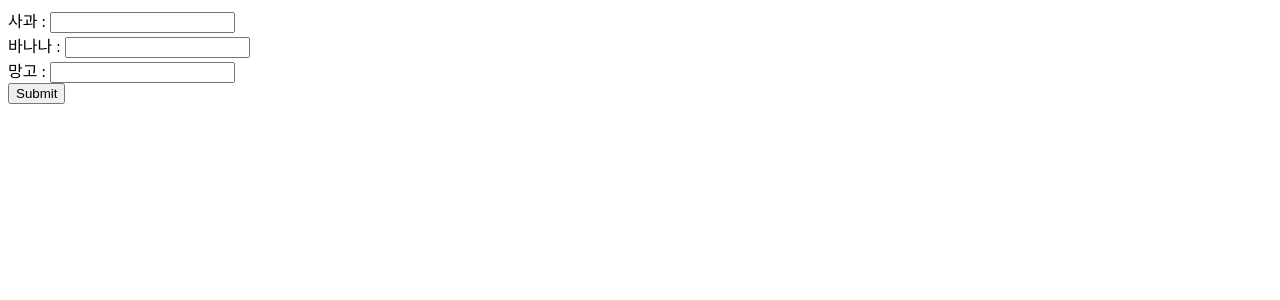
Repository: gowjd4419/jsp
Page: http://localhost/JSPBasic/jspobject/request/req_form.jsp
An editor plug-in stored every save of this project. The page is shown before and after the next save, followed by the edit.
The browser window is 1280 px wide. The pictures show the whole page.
The page is served by Tomcat 9.

Above is the page before, as saved 2022-03-24 12:03:44.

After the next save:
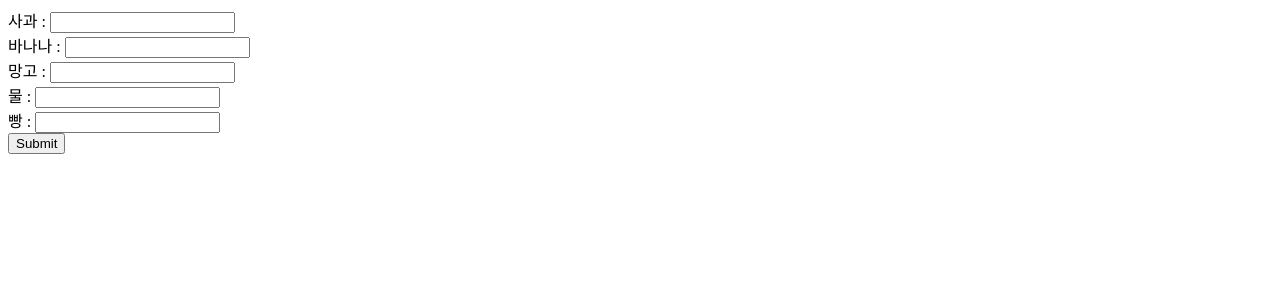
Saved 70 s later.
--- a/JSPBasic/src/main/webapp/jspobject/request/req_form.jsp
+++ b/JSPBasic/src/main/webapp/jspobject/request/req_form.jsp
@@ -15,6 +15,8 @@
           사과 : <input type = "text" name="apple"><br><!-- name목적지 어떤이름으로 보낼것인가 -->
           바나나 : <input type = "text" name="banana"><br>
           망고 : <input type = "text" name="mango"><br>
+          물 : <input type = "text" name="water"><br>
+          빵 : <input type = "text" name="bread"><br>
           <input type="submit"> <!-- form이 더 사용하기 편함-->
       </form>
 </body>
